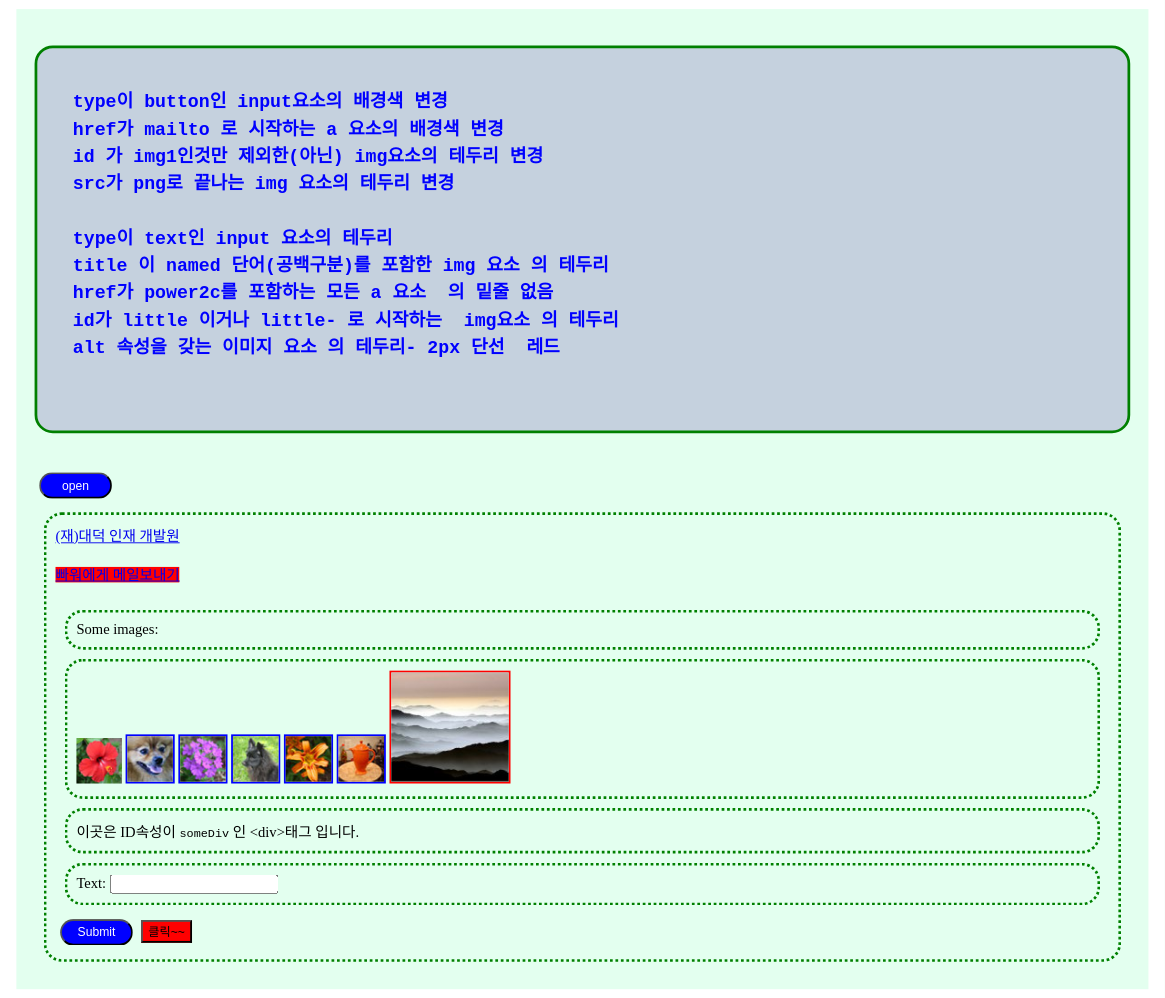
Repository: ypyp0205/jquery
Page: jqpro/WebContent/0211/선택자_속성2.html
The author's editor kept a copy of each file at every save. The page is drawn from the files as they stood at one save, then again after the next save.
The browser window is 1280 px wide. The pictures show the whole page, at 91% of full size.

Above is the page before, as saved 2020-02-11 05:07:26.

After the next save:
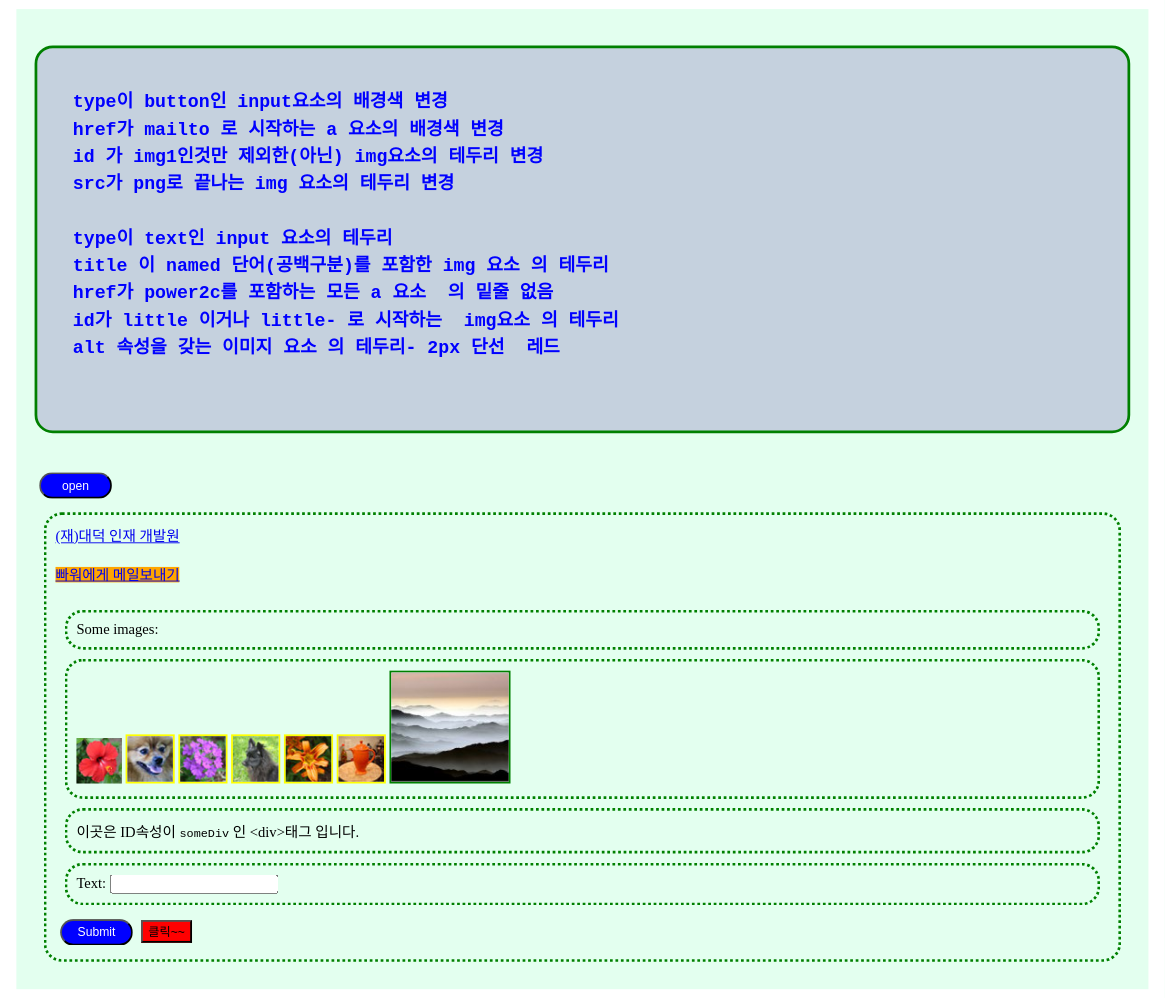
Saved 24 s later.
--- a/jqpro/WebContent/0211/선택자_속성2.html
+++ b/jqpro/WebContent/0211/선택자_속성2.html
@@ -14,13 +14,13 @@
 			$('input[type=button]').css('background', 'red');
 
 		 // href가 mailto 로 시작하는 a 요소의 배경색 변경
-		 	$('a[href^=mailto]').css('background', 'red');
+		 	$('a[href^=mailto]').css('background', 'orange');
 
 		 // id 가 img1인것만 제외한(아닌) img요소의 테두리 변경
-		 	$('img[id!=img1]').css('border', '2px solid blue');
+		 	$('img[id!=img1]').css('border', '2px solid yellow');
 
 		 // src가 png로 끝나는 img 요소의 테두리 변경
-			$('img[src$=png]').css('border', '2px solid red');
+			$('img[src$=png]').css('border', '2px solid green');
 
 		 // type이 text인 input 요소의 테두리
 
